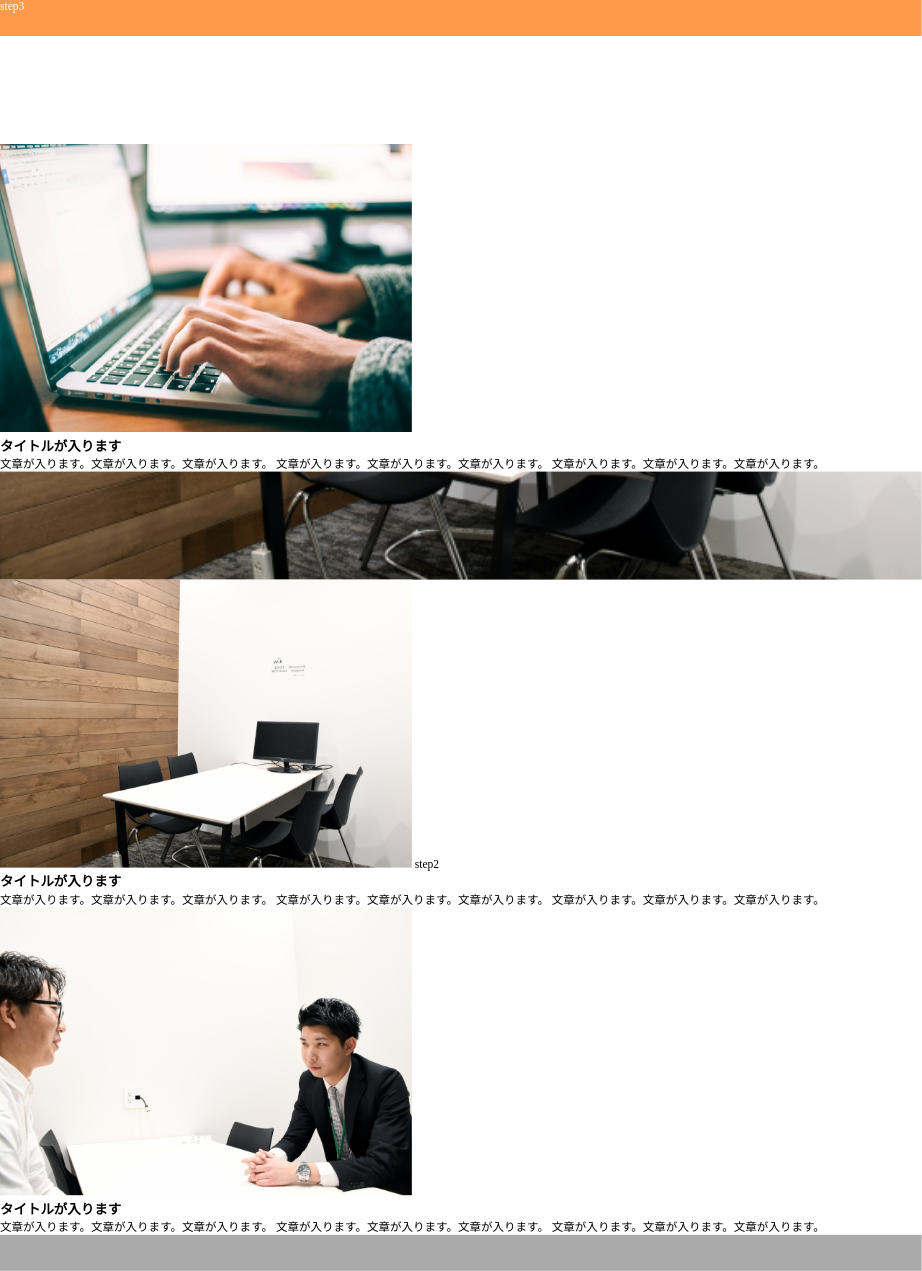
Repository: eyaonu/application2
Page: chapter9/answer9.html
The author's editor kept a record of every edit. The page is drawn from the files as they stood at one moment, then again after the next edit.
The browser window is 1280 px wide. The pictures show the whole page, at 72% of full size.

Above is the page before.

After the next edit:
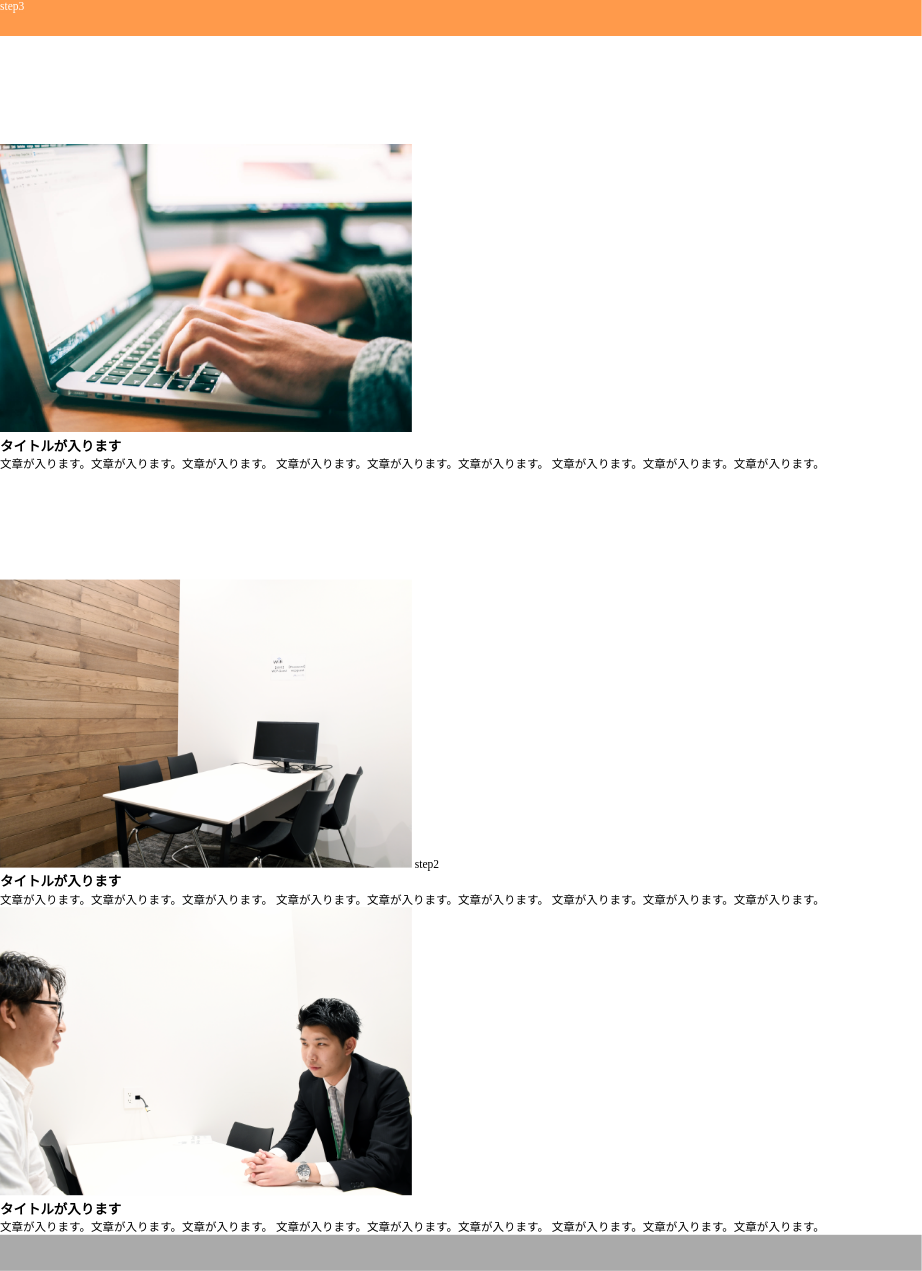
The edit:
--- a/chapter9/style9.css
+++ b/chapter9/style9.css
@@ -41,7 +41,7 @@ main {
 
 .step-img2 {
   height: 150px;
-  background-image: url(img/flow02.png);
+  /*background-image: url(img/flow02.png);*/
   background-position: bottom;
   background-size: cover;
 }
